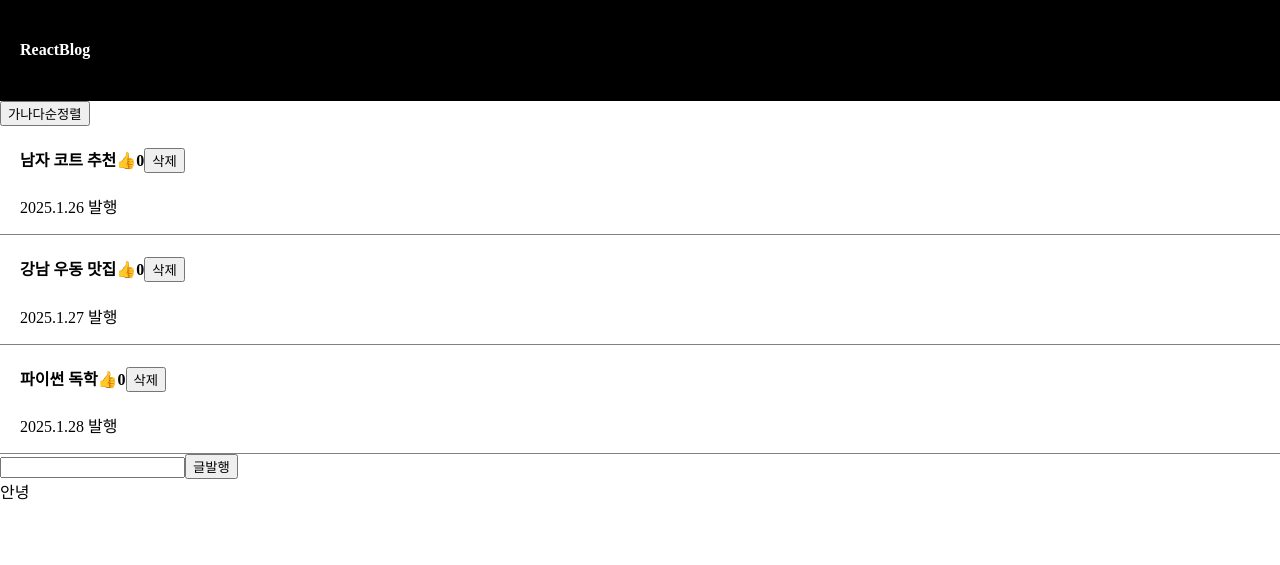
Repository: thinkseaweave/applecoding
Page: /
An editor plug-in stored every save of this project. The page is shown before and after the next save, followed by the edit.
The browser window is 1280 px wide. The pictures show the whole page.
The project was rebuilt for these pictures with package versions that can differ from the ones it lists, and the page was loaded fresh each time. Also part of the build but not shown: vite.config.js, src/index.css.

Above is the page before, as saved 2025-01-30 03:53:24.

### src/App.jsx
/* eslint-disable */

import { useState } from "react";
import "./App.css";
import React, { Component } from "react";

function App() {
  const post = "강남 우동 맛집";
  let [글제목, 글제목변경] = useState([
    "남자 코트 추천",
    "강남 우동 맛집",
    "파이썬 독학",
  ]);
  let [따봉, 따봉변경] = useState([0, 0, 0]);
  let [발행일, 발행일변경] = useState(["2025.1.26", "2025.1.27", "2025.1.28"]);
  let [modal, setModal] = useState(false);
  let [index, setIndex] = useState(0);
  let [입력값, 입력값변경] = useState("");

  return (
    <div className="App">
      <div className="black-nav">
        <h4>ReactBlog</h4>
      </div>
      <button
        onClick={() => {
          const 정렬된글제목 = [...글제목].sort();
          글제목변경(정렬된글제목);
        }}
      >
        가나다순정렬
      </button>

      {글제목.map(function (item, index) {
        return (
          <div className="list" key={index}>
            <h4
              onClick={(event) => {
                event.preventDefault();
                setIndex(index);
                setModal(!modal);
              }}
            >
              {item}
              <span
                onClick={(event) => {
                  event.stopPropagation();
                  const 따봉카피 = [...따봉];
                  따봉카피[index] = 따봉카피[index] + 1;
                  따봉변경(따봉카피);
                }}
              >
                👍
              </span>
              {따봉[index]}
              <button
                onClick={(event) => {
                  event.stopPropagation();
                  const 글제목copy = [
                    ...글제목.slice(0, index),
                    ...글제목.slice(index + 1, 글제목.length),
                  ];
                  //copy.splice(index,1)   이런방식도 있지만...내방식이 더좋다 > <
                  글제목변경(글제목copy);
                }}
              >
                삭제
              </button>
            </h4>
            <p> {발행일[index]} 발행</p>
          </div>
        );
      })}

      <input
        onChange={(e) => {
          입력값변경(e.target.value); //react에서 state 변경이 비동기로 늦게 됨.
        }}
      />
      <button
        onClick={() => {
          const copy = [...글제목];
          copy.unshift(입력값);
          글제목변경(copy);

          const 따봉copy = [...따봉];
          따봉copy.unshift(0);
          따봉변경(따봉copy);

          const 발행일copy = [...발행일];
          const date = new Date();
          const nowStr = `${date.getFullYear()}.${
            date.getMonth() + 1
          }.${date.getDate()}`;
          발행일copy.unshift(nowStr);
          발행일변경(발행일copy);
          setModal(false);
        }}
      >
        글발행
      </button>

      {
        //조건식 ? 참일 때 실행할 코드 : 거짓일 때 실행할 코드
        modal === true ? (
          <Modal
            글제목={글제목}
            글제목변경={글제목변경}
            index={index}
            따봉={따봉}
            발행일={발행일}
          />
        ) : null
      }
      <Modal2 />
    </div>
  );
}

function Modal(props) {
  return (
    <div className="modal">
      <h4>
        {props.글제목[props.index]} <span>👍</span>
        {props.따봉[props.index]}
      </h4>
      <p>{props.발행일[props.index]}</p>
      <p>상세내용</p>
      <button
        onClick={() => {
          const copy = [...props.글제목];
          copy[props.index] = "여자코트 추천";
          props.글제목변경(copy);
        }}
      >
        글수정
      </button>
    </div>
  );
}

class Modal2 extends Component {
  constructor() {
    super();
  }

  render() {
    return <div>안녕</div>;
  }
}

export default App;

### src/App.css
body {
  margin: 0;
}

div {
  box-sizing: border-box;
}
.list {
  text-align: left;
  padding-left: 20px;
  border-bottom: 1px solid grey;
}

.black-nav {
  background: black;
  width: 100%;
  display: flex;
  color: white;
  padding: 20px;
}

.modal {
  margin-top: 20px;
  padding: 20px;
  background: #eee;
  text-align: left;
}

Loaded but not shown: index.html (common file); src/main.jsx (common file)

After the next save:
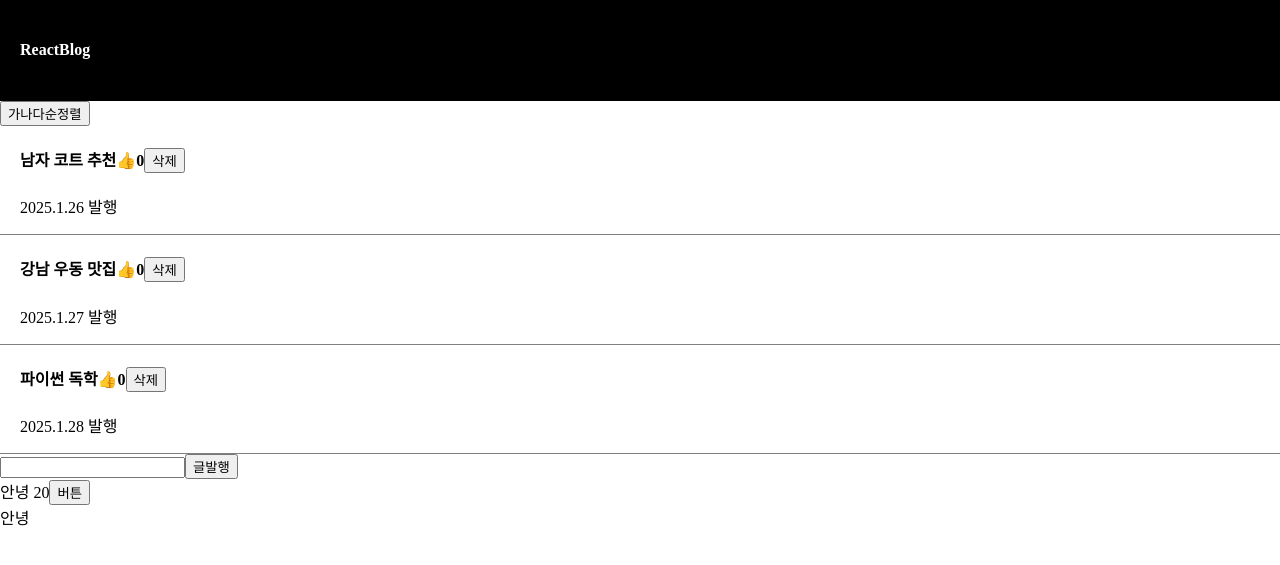
Saved 8 h 39 min later.
--- a/src/App.jsx
+++ b/src/App.jsx
@@ -112,7 +112,7 @@ function App() {
           />
         ) : null
       }
-      <Modal2 />
+      <Modal2 글제목={글제목} index={index} />
     </div>
   );
 }
@@ -140,12 +140,30 @@ function Modal(props) {
 }
 
 class Modal2 extends Component {
-  constructor() {
-    super();
+  constructor(props) {
+    super(props);
+    this.state = {
+      name: "kim",
+      age: 20,
+    };
   }
 
   render() {
-    return <div>안녕</div>;
+    return (
+      <div>
+        <div>
+          안녕 {this.state.age}
+          <button
+            onClick={() => {
+              this.setState({ age: 21 });
+            }}
+          >
+            버튼
+          </button>
+        </div>
+        <div>안녕 {this.props.i}</div>
+      </div>
+    );
   }
 }
 
